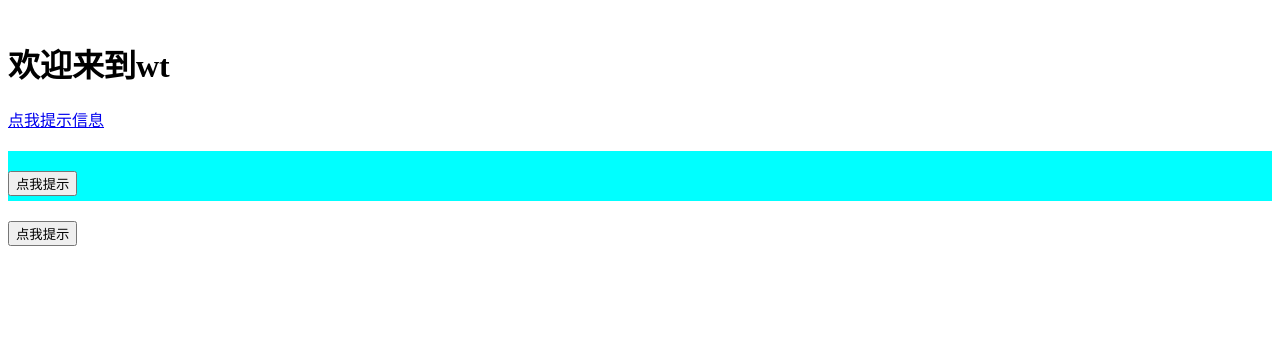
Repository: reggiepy/vueLeaning
Page: 07 事件处理/2 事件修饰符.html
The author's editor kept a copy of each file at every save. The page is drawn from the files as they stood at one save, then again after the next save.
The browser window is 1280 px wide. The pictures show the whole page.

Above is the page before, as saved 2021-12-05 18:32:56.

### 07 事件处理/2 事件修饰符.html
<!DOCTYPE html>
<html lang="en">
<head>
    <meta charset="UTF-8">
    <meta http-equiv="X-UA-Compatible" content="IE=edge">
    <meta name="viewport" content="width=device-width, initial-scale=1.0">
    <title>事件修饰符</title>
    <script type="text/javascript" src="../js/vue.js"></script>
    <style>
        *{
            margin-top: 20px;
        }
        .demon1{
            height: 50px;
            background-color: aqua;
        }
    </style>
</head>
<body>
    <div id="root">
        <h1>欢迎来到{{name}}</h1>
        <a href="https://www.baidu.com" @click.prevent="showInfo">点我提示信息</a>
        <div class="demon1" @click="showInfo">
            <button @click.stop="showInfo">点我提示</button>
        </div>
        <button @click.once="showInfo">点我提示</button>

    </div>
</body>
<script>
    Vue.config.productionTip = false;
    const vm = new Vue({
        el: "#root",
        data: {
            name: "wt"
       },
       methods: {
           showInfo(e){
            //    e.preventDefault()
            // e.stopPropagation()
               alert("同学你好！")
           }
       }
    })
</script>
</html>

Loaded but not shown: js/vue.js (library)

After the next save:
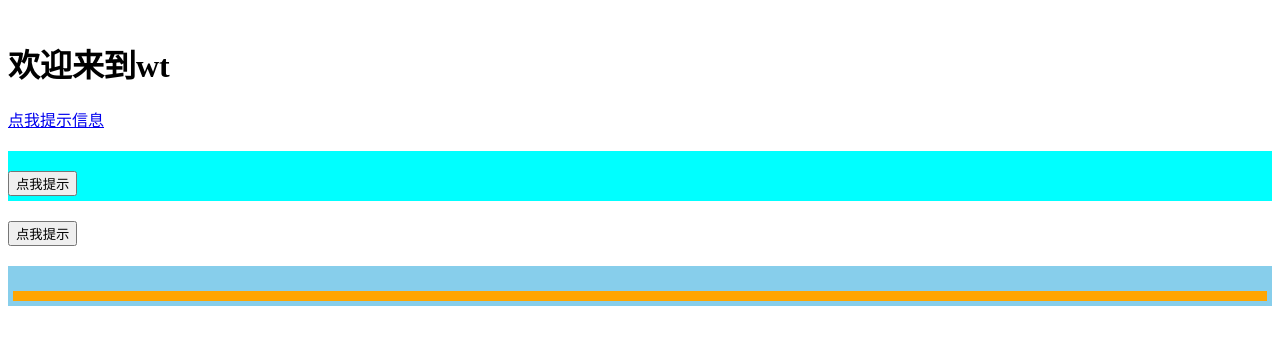
Saved 2 min 5 s later.
--- a/07 事件处理/2 事件修饰符.html
+++ b/07 事件处理/2 事件修饰符.html
@@ -14,6 +14,14 @@
             height: 50px;
             background-color: aqua;
         }
+        .box1 {
+            padding: 5px;
+            background-color: skyblue;
+        }
+        .box2{
+            padding: 5px;
+            background-color: orange;
+        }
     </style>
 </head>
 <body>
@@ -25,6 +33,9 @@
         </div>
         <button @click.once="showInfo">点我提示</button>
 
+        <div class="box1">
+            <div class="box2"></div>
+        </div>
     </div>
 </body>
 <script>
